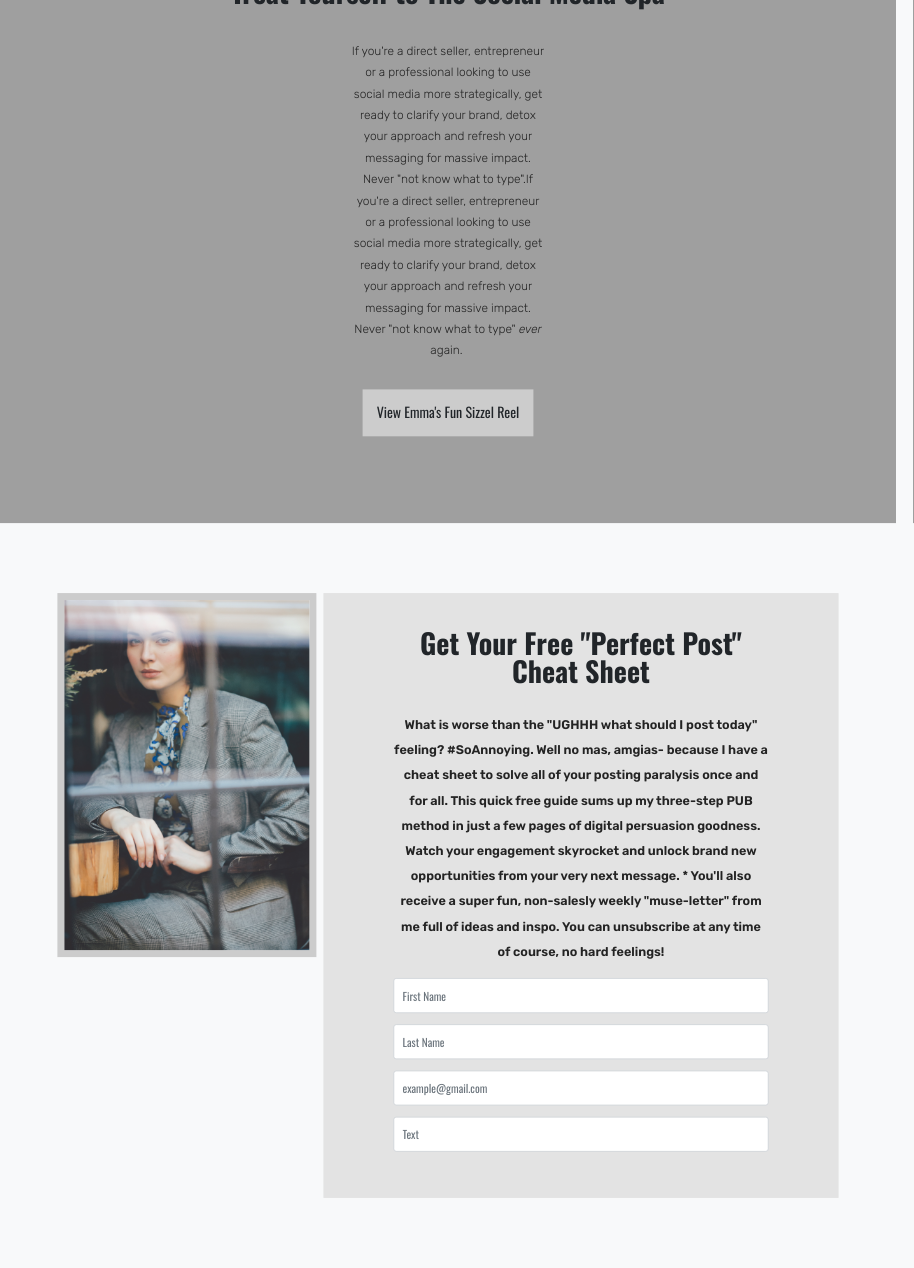
Repository: poroshrahman40/emma-watson-portfolio
Page: index.html
An editor plug-in stored every save of this project. The page is shown before and after a run of saves, followed by the edit.
The browser window is 1280 px wide. The page is 1305 px wide, so the pictures cover 1305 px, including what lies to the right of the window. The pictures show the part of the page from y = 3645 to 5525 px (the page is 5457 px tall before and 5525 px after), at 70% of full size.
Some web fonts or font styles are not loaded; a fallback is used.

Above is the page before, as saved 2021-12-06 18:01:39.

### index.html

<!DOCTYPE html>
<html lang="en">
    <head>

        <meta charset="UTF-8">
        <meta name="viewport" content="width=device-width, initial-scale=1, shrink-to-fit=no">
        <title>Document</title>

        <!-- favicon -->
        <link rel="shortcut icon" type="image/hair-specialist-fav-icon" href="#">
        <!-- animate.min - css -->
        <link rel="stylesheet" href="assets/css/animate.css">
        <!-- animate - css -->
        <link rel="stylesheet" href="assets/css/animate.min.css">
        <!-- owl.carousel.min - css -->
        <link rel="stylesheet" href="assets/css/owl.carousel.min.css">
        <!-- owl.theme.default.min - css -->
        <link rel="stylesheet" href="assets/css/owl.theme.default.min.css">
        <!-- font-awesome all.css -->
        <link rel="stylesheet" href="assets/css/fontawesome-all.css">
        <!-- boxicons.css -->
        <link rel='stylesheet' href="assets/css/boxicons.min.css">
        <link href='https://unpkg.com/boxicons@2.1.1/css/boxicons.min.css' rel='stylesheet'>
        <!-- bootstrap.min - css -->
        <link rel="stylesheet" href="assets/css/bootstrap.min.css">
        <!-- silk-css -->
        <link rel="stylesheet" href="assets/css/slick.css">
        <!-- slick-theme.css -->
        <link rel="stylesheet" href="assets/css/slick-theme.css">
        <!-- main - css -->
        <link rel="stylesheet" href="assets/css/style.css">
        <!-- responsive - css -->
        <link rel="stylesheet" href="assets/css/responsive.css">

    </head>

    <body>
    <!-- preloader start -->
    <!-- <div id="preloader"></div> -->
    <!-- preloader end -->

    <!-- header -start
    ================================== -->
    <header class="ew-main">
        <div class="ew__main__content">
            <div class="ew__nav">
                <div class="ew__logo__div">
                    <a href="https://ow-en.com" title="" class="nav__link ew__snlogo">
                    <img class="logo w-100" src="assets/image/logo-gif.gif" alt="logo-not-found"></a>
                </div>
                <div class="container">
                    <div class="mobile__toggle" ontouchstart="">
                        <div class="mobile__toggle__container">
                            <div class="mobile__open">
                            </div>
                            <div class="mobile__close"></div>
                        </div>
                    </div>
                    <div id="mob__menu" class="nav__mobile__container nav__mobile__container__default">
                        <div class="container-fluid">
                            <div class="row center">
                                <div class="col col__sm">
                                    <ul class="nav__list">
                                        <li class="nav__list-1">
                                            <a class="nav__link nav__link__selected nav__list__link" href="#">Home</a>
                                        </li>
                                        <li class="nav__list-2">
                                            <a class="nav__link nav__list__link" href="#">Books</a>
                                        </li>
                                        <li class="nav__list-3">
                                            <a class="nav__link nav__list__link" href="#">Info.</a>
                                        </li>
                                        <li class="nav__list-4">
                                            <a class="nav__link nav__list__link" href="#">Course</a>
                                            <!-- nav__link__selected -->
                                        </li>
                                    </ul>
                                </div>
                                <div class="col col__sm">
                                    <ul class="nav__list nav__list__rightaligned">
                                        <li class="nav__list-5">
                                            <a class="nav__link nav__list__link" href="#">Keyword</a>
                                        </li>
                                        <li class="nav__list-6">
                                            <a class="nav__link nav__list__link" href="#">Brodcast</a>
                                        </li>
                                        <li class="nav__list-7">
                                            <a class="nav__link nav__list__link" href="#">Contact</a>
                                        </li>
                                        <li class="nav__list-8">
                                            <a class="nav__link nav__list__link" href="#">Blog</a>
                                        </li>
                                    </ul>
                                </div>
                            </div>
                        </div>
                    </div>
                </div>
            </div>
            <!-- <div class="content">
                <h1>A very simple responsive menu with the logo in the middle</h1>
              <h2>Feel free to use this menu however you'd like. No need to give credit. However, please <strong><a href="https://ow-en.com">consider hiring me :)</strong></h2>
            </div> -->
        </div>
    </header>
    <!-- Banner section - start
    ================================ -->


        <div id="ew-banner" class="ew-banner">
            <div class="container">
                <div class="row">
                    <div class="col-lg-12 offset-1">
                        <div class="ew-hero-image">
                            <img src="assets/image/hero-image.png" alt="hero-image">
                        </div>
                        <div class="ew-hero-right-content">
                            <span> Hey,There</span>
                            <h4>Lorem ipsum, dolor sit amet consectetur adipisicing elit. Similique, aut.</h4>
                            <div class="ew-link d-flex mt-4">
                                <i class='bx bx-link fa-2x me-2'></i><a href="#"><p>See my motivational speach.You're Kind of a Big Deal: Level Up by Unlocking Your Audacity.</p></a>
                            </div>
                            <div class="ew-link d-flex">
                                <i class='bx bx-link fa-2x me-2'></i><a href="#"><p>See my motivational speach.You're Kind of a Big Deal: Level Up by Unlocking Your Audacity.</p></a>
                            </div>
                            <div class="ew-link d-flex mb-4">
                                <i class='bx bx-link fa-2x me-2'></i><a href="#"><p>See my motivational speach.You're Kind of a Big Deal: Level Up by Unlocking Your Audacity.</p></a>
                            </div>
                            <div class="ew-hero-right-btn">
                                <a href="#">See More About Me</a>
                            </div>
                        </div>
                    </div>
                </div>
            </div>
        </div>


<!-- Banner section - End
================================ -->

<!-- virtual-presentations - start
======================================== -->
    <section id="ew-virtual-presentation">
        <div class="container-fuild">
            <div class="row">
                <div class="col-lg-12 text-center">
                    <div class="ew-vairtul-content">
                        <h2 class="mb-40">Live and Virtual Presentations <br> That Rock </h2>
                        <p class="">Whether we're talking about the pulsing energy of a packed convention center or a virtual gathering, Erin will delight and wow your attendees with one of her two signature keynotes:&nbsp;<br><br>SALES/LEADERSHIP: Digital Persuasion- Ignite Your Influence&nbsp;<br>SUCCESS MINDSET: Big Deal Energy- Unlock Your Audacity&nbsp;<br><br>Both high-energy, motivational and story-packed with a clear takeaway method to be applied for immediate impact and tangible results.&nbsp;<br></p>
                        <div class="ew-virtual-btn mb-4">
                            <button><a href="#">View Emma's Fun Sizzel Reel</a></button>
                        </div>
                        <div class="ew-virtual-btn">
                            <button><a href="#">View Emma watson's RAW just The steak Speaking Reel</a></button>
                        </div>

                    </div>
                </div>
            </div>
        </div>
    </section>

<!-- virtual-presentations - End
========================================== -->

<!-- virtual keynotes - start
======================================== -->

<section id="ew-virtual-keynotes">
    <div class="container">
        <div class="row">
            <div class="col-lg-6">
                <div class="ew-virtual-vedio">
                    <img src="assets/image/keynotes-image.png" alt="keynotes-image">
                    <div class="keynotes-overlay ew-icon-position">
                        <a href="#"><i class='bx bx-play fa-2x' style='color:#e0e0e0'></i></a>
                    </div>
                </div>
            </div>
            <div class="col-lg-6 d-flex align-items-center">
                <div class="ew-keynotes-content">
                    <span>Lorem ipsum dolor sit amet</span>
                    <h1>Lorem ipsum dolor sit amet consectetur Lorem ipsum dolor sit amet consectetur.</h1>
                    <p>Whether we're talking about your executive leadership team, your sales force, your internal marketing mavens or your entire organization- let's energize and inspire them to show up big. Because, let's be real, we all need to up our game these days to not just survive, but THRIVE.</p>
                    <button class="ew-keynotes-btn">
                        <a href="#">Describe More Now</a>
                    </button>
                </div>
            </div>
        </div>
    </div>
</section>

<!-- virtual keynotes - End
======================================== -->

<!-- Treat yourself - Start
======================================= -->
<section id="ew-treat-yourself">
    <div class="container">
        <div class="ew-img-row">
            <div class="row">
                <div class="col-lg-4 col-md-4 col-sm-12">
                    <img src="assets/image/treat-yourself.png" alt="treat-image">
                </div>
                <div class="col-lg-4 col-md-4 col-sm-12">
                    <img src="assets/image/treat-yourself-2.png" alt="treat-image">
                </div>
                <div class="col-lg-4 col-md-4 col-sm-12">
                    <img src="assets/image/treat-yourself-3.png" alt="treat-image">
                </div>
            </div>
        </div>
    </div>
    <div class="container-fuild">
        <div class="ew-treat-content">
            <div class="row">
                <div class="col-lg-12 text-center">
                    <div class="ew-treat-details">
                        <span>Lorem ipsum dolor sit amet consectetur <br> adipisicing elit. Nulla.</span>
                        <h1 class="mb-40">YES, TAKE ME FOR A SPA DAY <br> Treat Yourself to The Social Media Spa</h1>
                        <p class="se-t sie-spa_4-text st-m-paragraph st-d-paragraph se-rc">If you're a direct seller, entrepreneur or a professional looking to use social media more strategically, get ready to clarify your brand, detox your approach and refresh your messaging for massive impact. Never "not know what to type".If you're a direct seller, entrepreneur or a professional looking to use social media more strategically, get ready to clarify your brand, detox your approach and refresh your messaging for massive impact. Never "not know what to type" <i>ever</i> again.&nbsp;</p>
                        <div class="ew-treat-btn mb-4">
                            <button><a href="#">View Emma's Fun Sizzel Reel</a></button>
                        </div>
                    </div>
                </div>
            </div>
        </div>
    </div>
</section>


<!-- Treat yourself - End
========================================= -->
<!-- Get offer - start
======================================== -->

<section id="ew-get-free-offer">
    <div class="container">
        <div class="row">
            <div class="col-lg-4">
                <div class="ew-cheet-seet">
                    <img src="assets/image/cheet-seet-side-image.png" alt="image-not-found">
                </div>
            </div>
            <div class="col-lg-8 text-center">
                <div class="ew-get-offer-card">
                    <div class="ew-offer-title mb-40">
                        <h1>Get Your Free "Perfect Post" <br> Cheat Sheet</h1>
                    </div>
                    <p>What is worse than the "UGHHH what should I post today" feeling? #SoAnnoying. Well no mas, amgias- because I have a cheat sheet to solve all of your posting paralysis once and for all. This quick free guide sums up my three-step PUB method in just a few pages of digital persuasion goodness.
Watch your engagement skyrocket and unlock brand new opportunities from your very next message.
* You'll also receive a super fun, non-salesly weekly "muse-letter" from me full of ideas and inspo. You can unsubscribe at any time of course, no hard feelings! </p>

                    <div class="ew-cheet-seet-form text-start">
                        <div class="mb-3">
                            <!-- <label for="exampleFormControlInput1" class="form-label">First Name</label> -->
                            <input type="name" class="form-control" id="exampleFormControlInput1" placeholder="First Name">
                        </div>
                        <div class="mb-3">
                            <!-- <label for="exampleFormControlInput1" class="form-label">Last Name</label> -->
                            <input type="name" class="form-control" id="exampleFormControlInput1" placeholder="Last Name">
                        </div>
                        <div class="mb-3">
                            <!-- <label for="exampleFormControlInput1" class="form-label">Last Name</label> -->
                            <input type="email" class="form-control" id="exampleFormControlInput1" placeholder="example@gmail.com">
                        </div>
                        <div class="mb-3">
                            <!-- <label for="exampleFormControlInput1" class="form-label">Last Name</label> -->
                            <input type="message" class="form-control" id="exampleFormControlInput1" placeholder="Text">
                        </div>
                        <!-- <div class="mb-3">
                            <label for="exampleFormControlTextarea1" class="form-label">Example textarea</label>
                            <textarea type="name" class="form-control" id="exampleFormControlTextarea1" rows="3"></textarea>
                        </div> -->
                    </div>
                </div>
            </div>
        </div>
    </div>

</section>

<!-- Get offer - end
======================================== -->



    <!-- footer section - Start
    ============================== -->




    <!-- Footer section - End
    ============================= -->



    <!-- jquery-3.5.0.min - js -->
    <script src="assets/js/jquery-3.5.0.min.js"></script>
    <!-- .magnific-popup -->
    <script src="assets/js/jquery.magnific-popup.min.js"></script>
    <!-- bootstrap.min - js -->
    <script src="assets/js/bootstrap.min.js"></script>
    <!-- bootstrap - bundle min.js -->
    <script src="assets/js/bootstrap.bundle.min.js"></script>
    <!-- bootstrap - bundl.js -->
    <script src="assets/js/bootstrap.bundle.js"></script>
    <!-- boxicons - js -->
    <script src="assets/js/boxicons.js"></script>
    <!-- popper.min - js -->
    <script src="assets/js/popper.min.js"></script>
    <!-- owl.carousel.min - js -->
    <script src="assets/js/owl.carousel.min.js"></script>
    <!-- wow.min - js -->
    <script src="assets/js/wow.min.js"></script>
    <!-- silk - js -->
    <script src="assets/js/slick.min.js"></script>
    <!-- main - js -->
    <script src="assets/js/main.js"></script>

</body>
</html>

Loaded but not shown: assets/css/animate.css (library); assets/css/animate.min.css (library); assets/css/owl.carousel.min.css (library); assets/css/owl.theme.default.min.css (common file); assets/css/fontawesome-all.css (library); assets/css/bootstrap.min.css (library); assets/css/slick.css (common file); assets/css/slick-theme.css (library); assets/js/jquery-3.5.0.min.js (library); assets/js/jquery.magnific-popup.min.js (library); assets/js/bootstrap.min.js (library); assets/js/bootstrap.bundle.min.js (library); assets/js/bootstrap.bundle.js (library); assets/js/popper.min.js (library); assets/js/owl.carousel.min.js (library); assets/js/wow.min.js (library); assets/js/slick.min.js (library); assets/js/main.js (14 lines, source omitted); assets/css/responsive.css (904 lines, source omitted); assets/css/style.css (619 lines, source omitted)

After the next 5 saves:
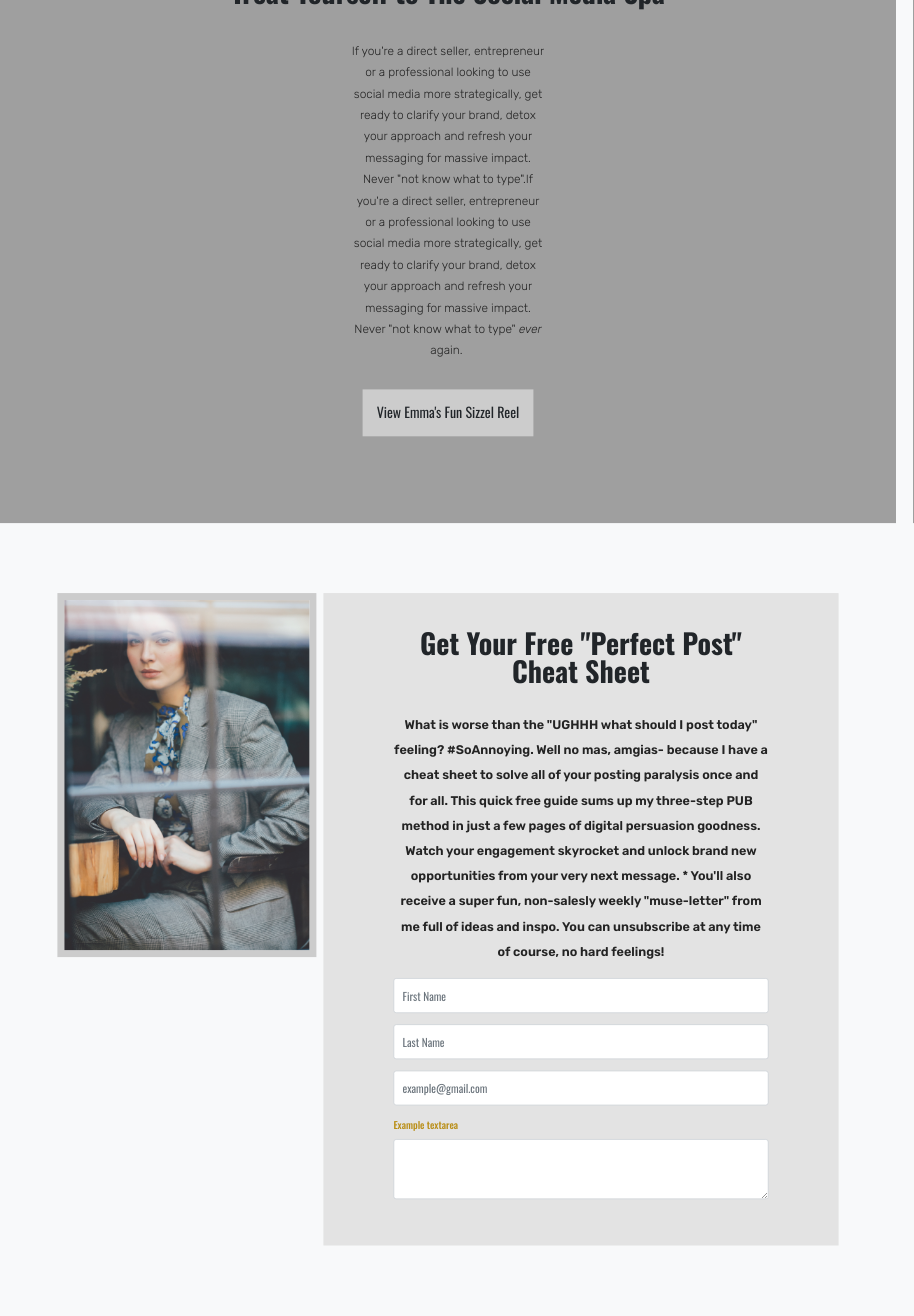
The 5 saves are shown as one change because they came seconds apart.
The last was saved 5 min 53 s later.
--- a/index.html
+++ b/index.html
@@ -269,13 +269,9 @@ Watch your engagement skyrocket and unlock brand new opportunities from your ver
                             <input type="email" class="form-control" id="exampleFormControlInput1" placeholder="example@gmail.com">
                         </div>
                         <div class="mb-3">
-                            <!-- <label for="exampleFormControlInput1" class="form-label">Last Name</label> -->
-                            <input type="message" class="form-control" id="exampleFormControlInput1" placeholder="Text">
-                        </div>
-                        <!-- <div class="mb-3">
                             <label for="exampleFormControlTextarea1" class="form-label">Example textarea</label>
                             <textarea type="name" class="form-control" id="exampleFormControlTextarea1" rows="3"></textarea>
-                        </div> -->
+                        </div>
                     </div>
                 </div>
             </div>
